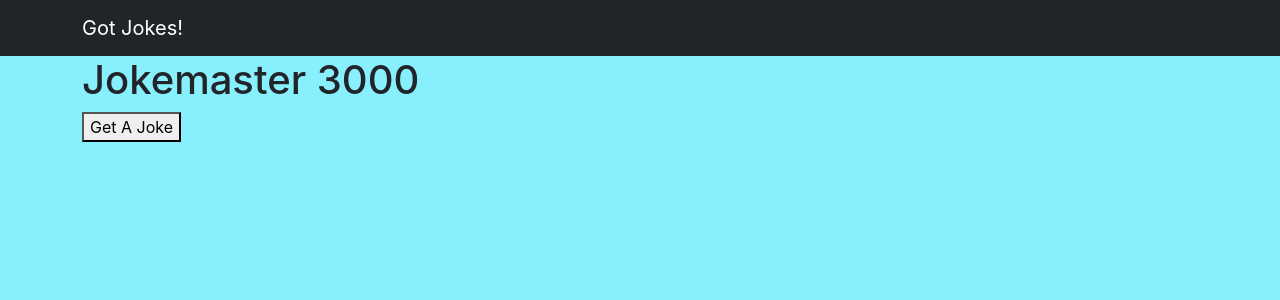
Repository: jontslater/LAB-joke-generator-react
Page: /
An editor plug-in stored every save of this project. The page is shown before and after a run of saves, followed by the edit.
The browser window is 1280 px wide. The pictures show the whole page.
The project was rebuilt for these pictures with package versions that can differ from the ones it lists, and the page was loaded fresh each time. The framework's server and built-in components were replaced by stand-ins that run in the browser. Also part of the build but not shown: next.config.js.

Above is the page before, as saved 2024-01-08 21:28:37.

After the next 3 saves:
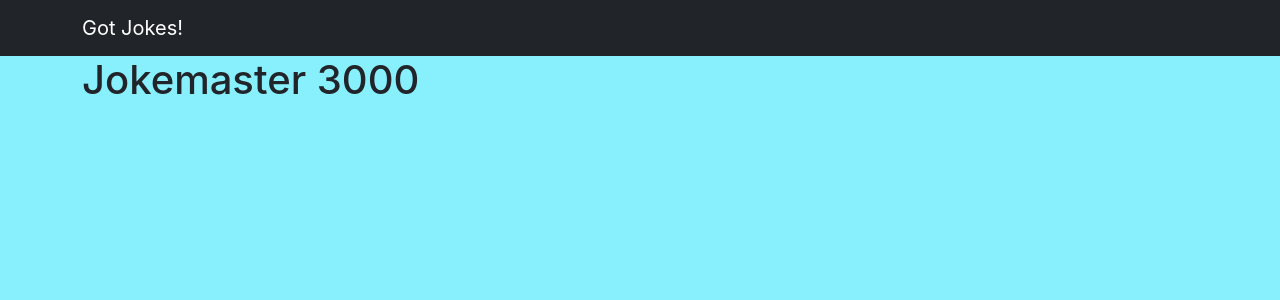
The 3 saves are shown as one change because 2 did not build or start.
The last was saved 17 h 54 min later.
--- a/components/Jokes.js
+++ b/components/Jokes.js
@@ -2,16 +2,9 @@
 import getJoke from '../api/jokeData';
 
 function Jokes() {
-  const [joke, setJoke] = useState('');
-
-  const handleClick = () => {
-    setJoke((prevState) => prevState + getJoke);
-  };
   return (
     <>
       <h1>Jokemaster 3000</h1>
-      <button type="button" onClick={handleClick}>Get A Joke</button>
-      <h2>{joke}</h2>
     </>
   );
 }
